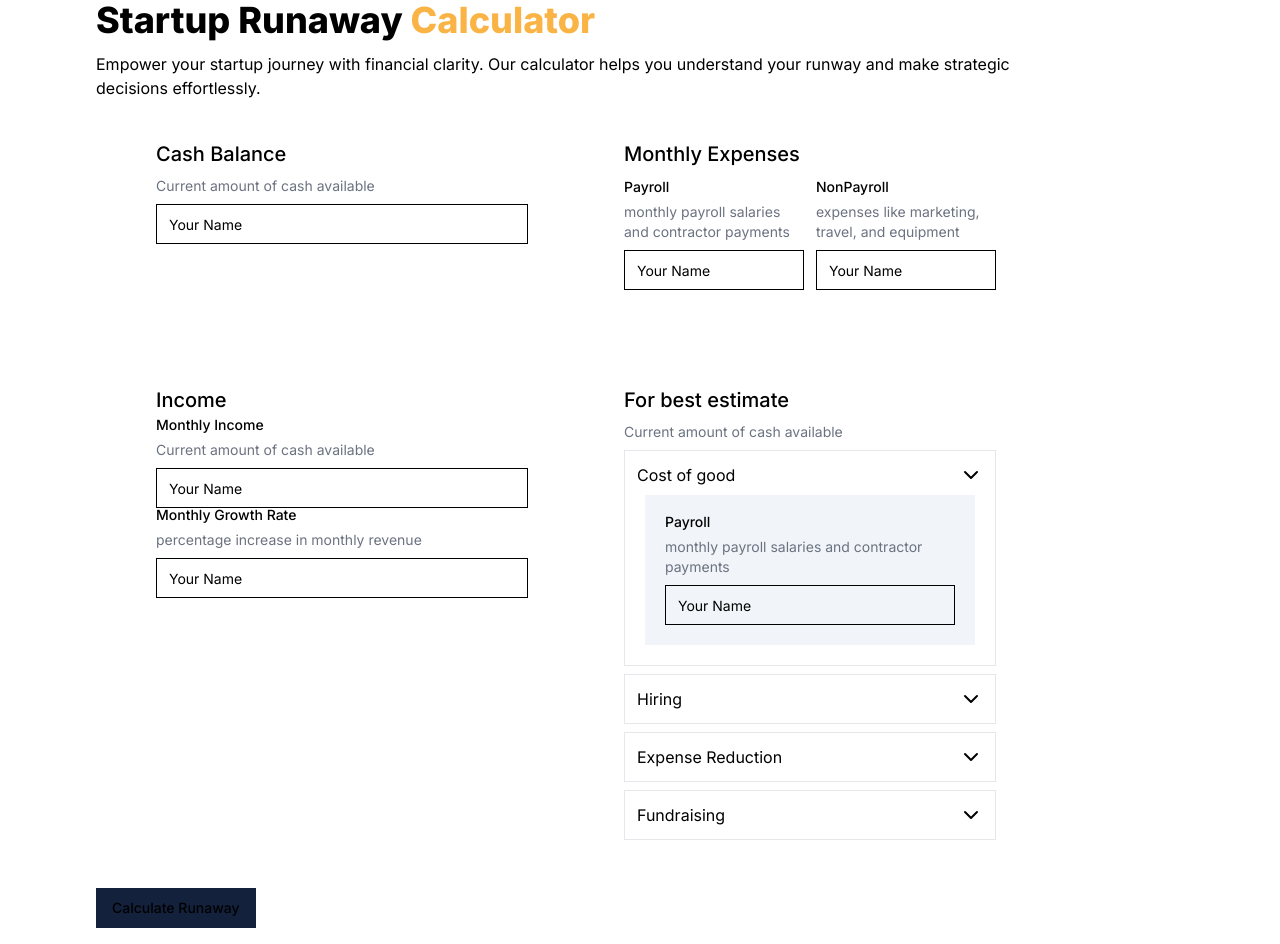
Repository: wossenF/startup-runaway-calculator
Page: /
The author's editor kept a copy of each file at every save. The page is drawn from the files as they stood at one save, then again after a run of saves.
The browser window is 1280 px wide. The pictures show the whole page.
The project was rebuilt for these pictures with package versions that can differ from the ones it lists, and the page was loaded fresh each time. The framework's server and built-in components were replaced by stand-ins that run in the browser. Also part of the build but not shown: next.config.mjs.

Above is the page before, as saved 2024-04-08 14:00:26.

After the next 2 saves:
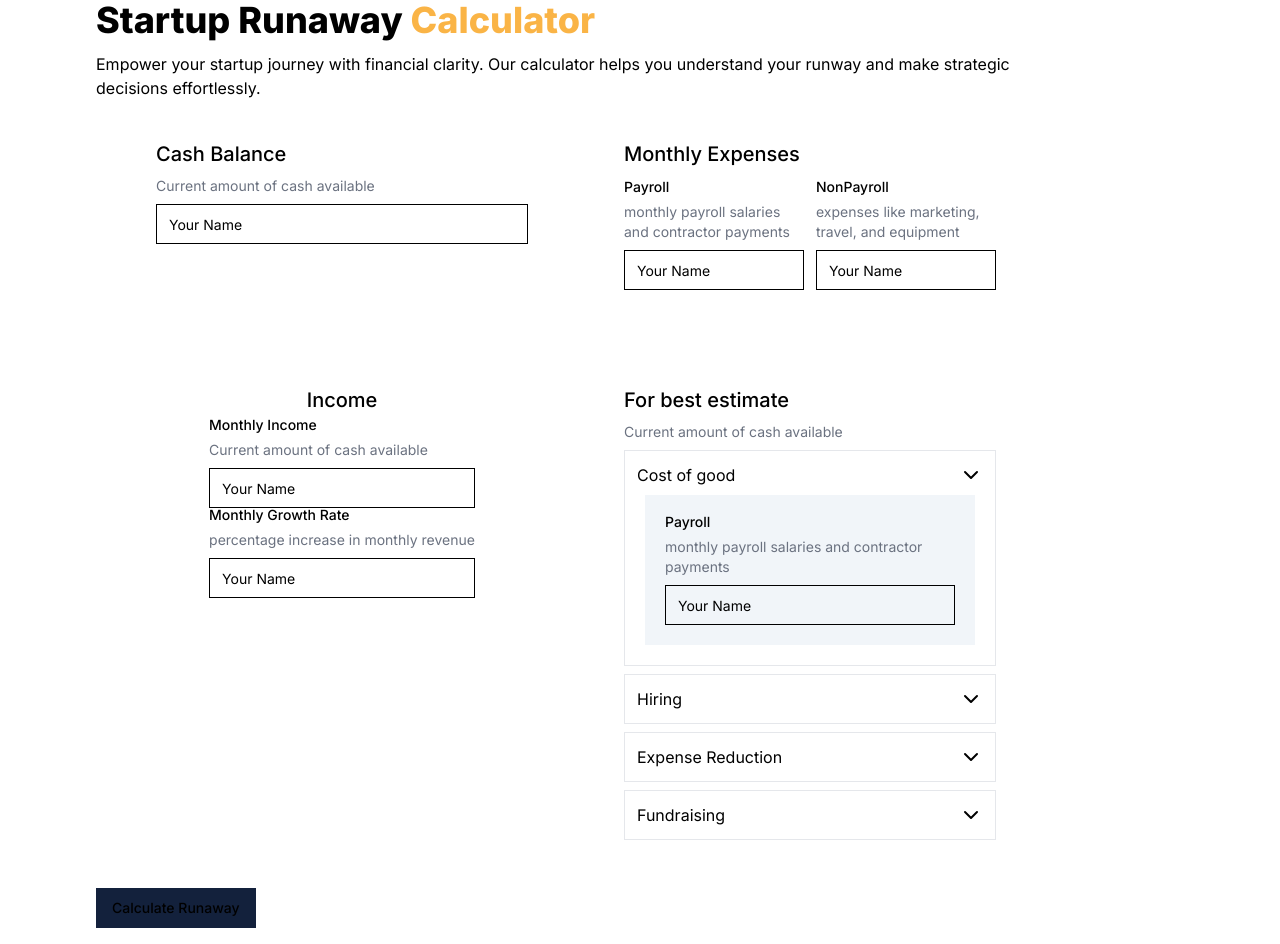
The 2 saves are shown as one change because they came seconds apart.
The last was saved 14 s later.
--- a/src/components/UserInput.tsx
+++ b/src/components/UserInput.tsx
@@ -41,7 +41,7 @@
         </div>
       </div>
 
-      <div className=" bg-secondary/50 rounded-lg p-7 flex flex-col">
+      <div className=" bg-secondary/50 rounded-lg p-7 flex flex-col items-center">
         <Label className="font-medium text-xl">Income</Label>
         <div className="grid  pt-1">
             <form className="grid gap-2">

After the 2 saves that followed:
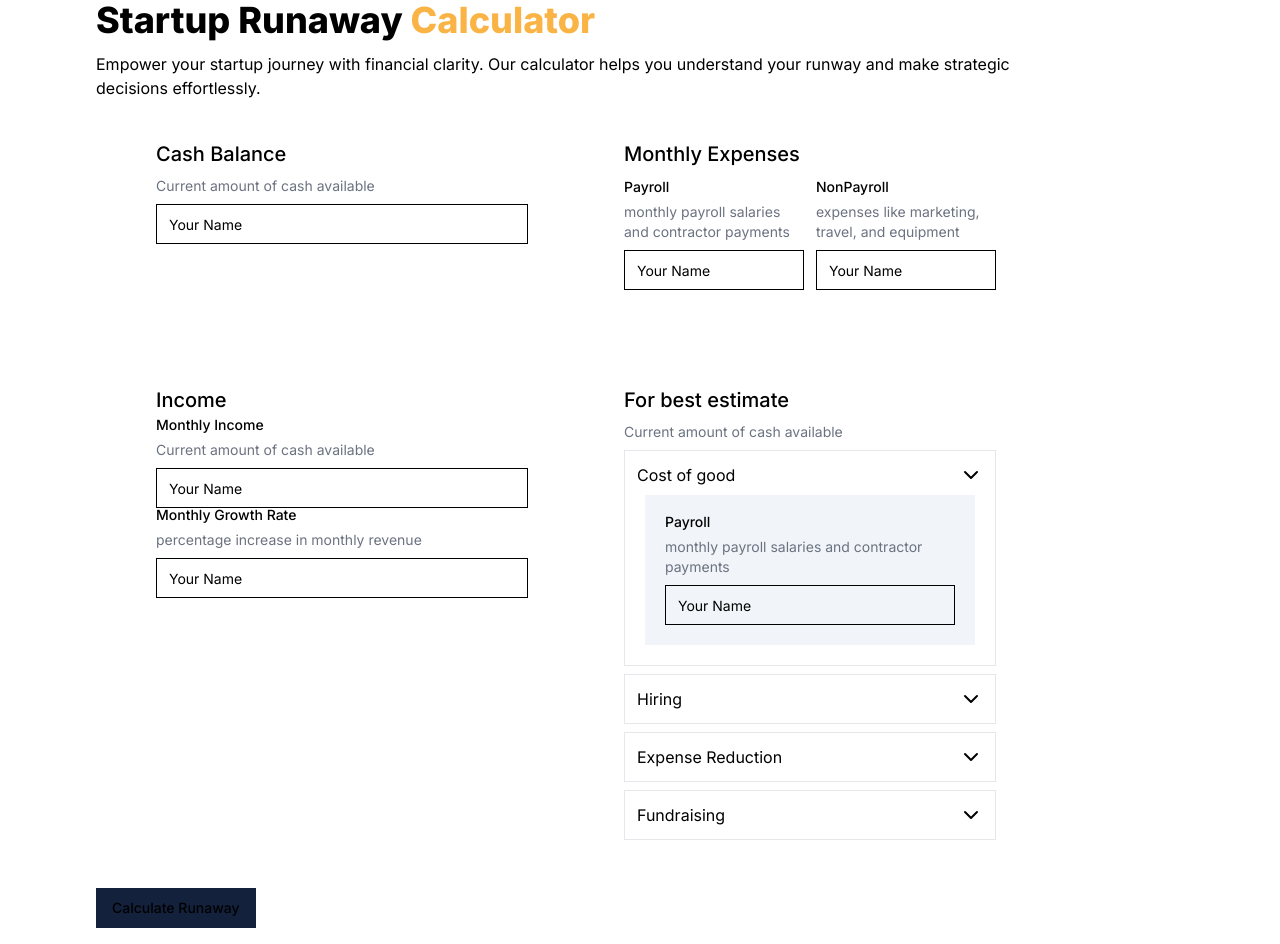
The 2 saves are shown as one change because they came seconds apart.
The last was saved 12 s later.
--- a/src/components/UserInput.tsx
+++ b/src/components/UserInput.tsx
@@ -41,7 +41,7 @@
         </div>
       </div>
 
-      <div className=" bg-secondary/50 rounded-lg p-7 flex flex-col items-center">
+      <div className=" bg-secondary/50 rounded-lg p-7 flex flex-col item">
         <Label className="font-medium text-xl">Income</Label>
         <div className="grid  pt-1">
             <form className="grid gap-2">
